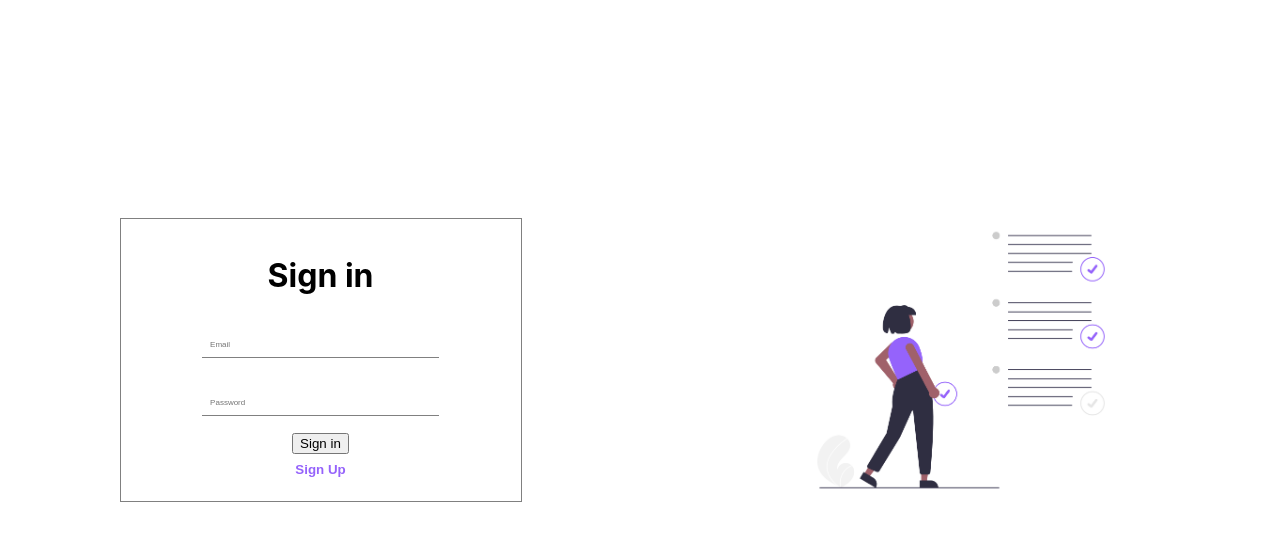
Repository: EEOOOO/wanted-pre-onboarding-fe
Page: / (app in to-do-list-app/)
An editor plug-in stored every save of this project. The page is shown before and after the next save, followed by the edit.
The browser window is 1280 px wide. The pictures show the whole page.
The project was rebuilt for these pictures with package versions that can differ from the ones it lists, and the page was loaded fresh each time. Also part of the build but not shown: to-do-list-app/src/components/sign_up/sign_up.module.css, to-do-list-app/src/components/sign_up/sign_up.jsx, to-do-list-app/src/components/todoList/todo_list.jsx.

Above is the page before, as saved 2022-08-22 00:29:19.

After the next save:
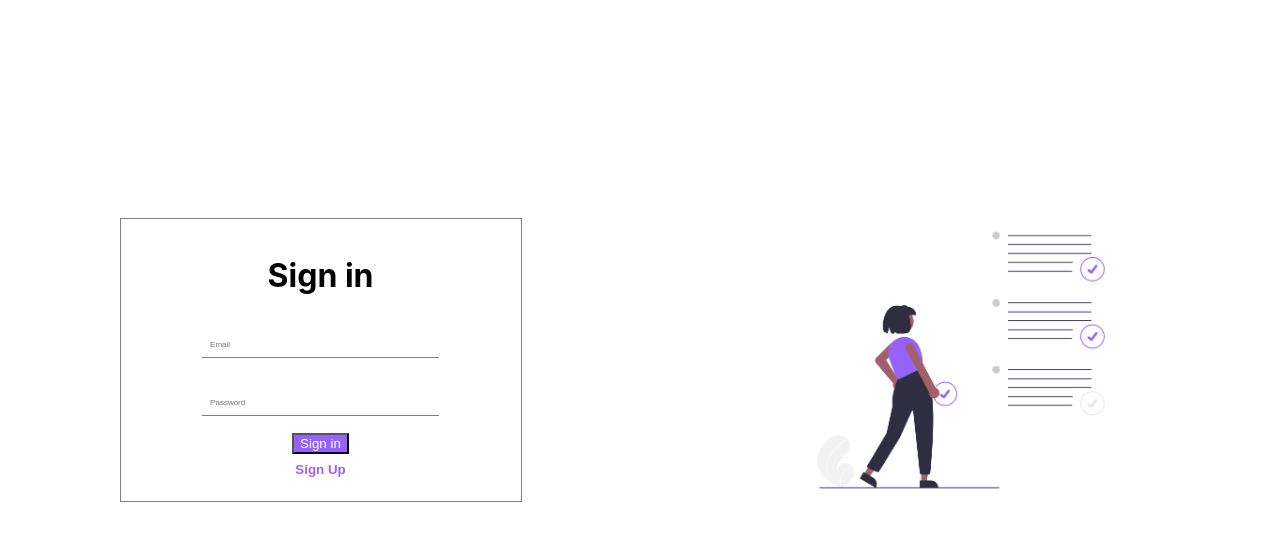
Saved 46 s later.
--- a/to-do-list-app/src/components/login_input_form/login_input_form.module.css
+++ b/to-do-list-app/src/components/login_input_form/login_input_form.module.css
@@ -12,3 +12,7 @@ input {
   border: none;
   border-bottom: 0.5px solid gray;
 }
+.submitButton {
+  background-color: rgb(149, 99, 251);
+  color: white;
+}
